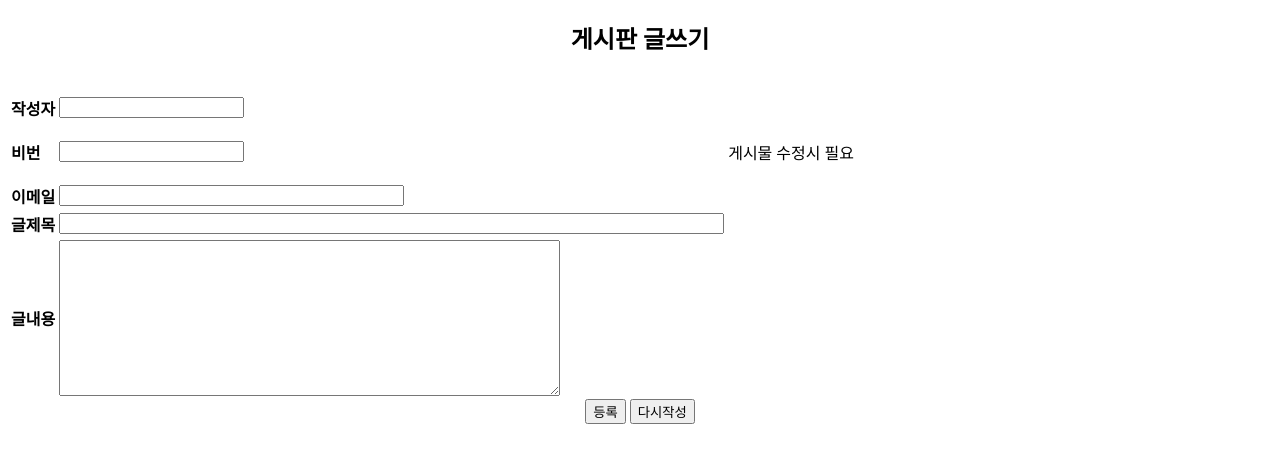
Repository: supremehappy/JSP_test02
Page: http://localhost/test/JSP_Test_06_1_boardWriteForm.jsp
The author's editor kept a copy of each file at every save. The page is drawn from the files as they stood at one save, then again after the next save.
The browser window is 1280 px wide. The pictures show the whole page.
The page is served by Tomcat 9.

Above is the page before, as saved 2017-07-17 07:21:25.

After the next save:
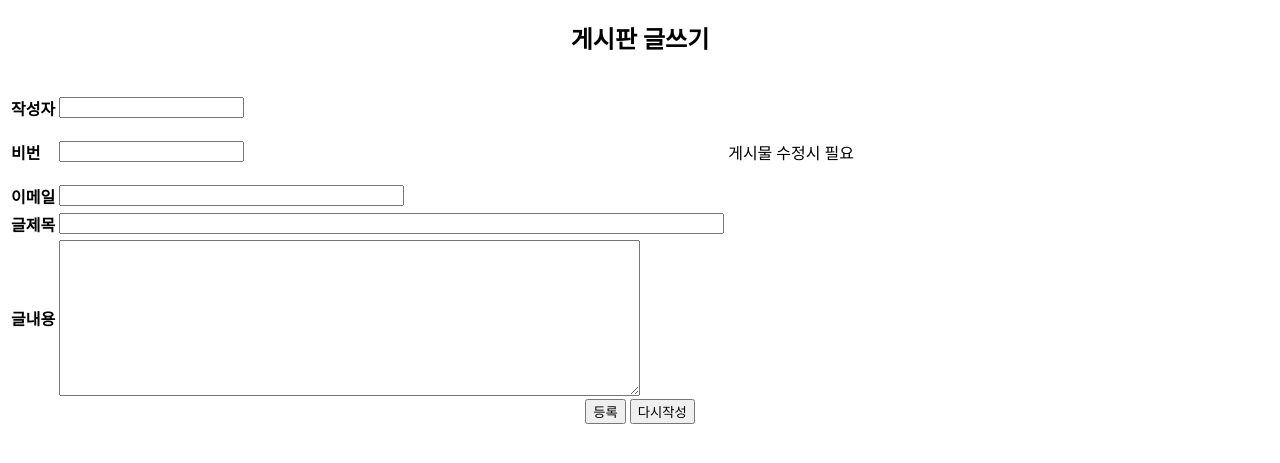
Saved 12 s later.
--- a/test/WebContent/JSP_Test_06_1_boardWriteForm.jsp
+++ b/test/WebContent/JSP_Test_06_1_boardWriteForm.jsp
@@ -38,7 +38,7 @@
 		</tr>
 		<tr>
 			<td><label><b>글내용		</b></label></td>
-			<td><textarea rows="10" cols="60" name="comment"  ></textarea></td>
+			<td><textarea rows="10" cols="70" name="comment"  ></textarea></td>
 		</tr>
 	</table>
 	<div>
